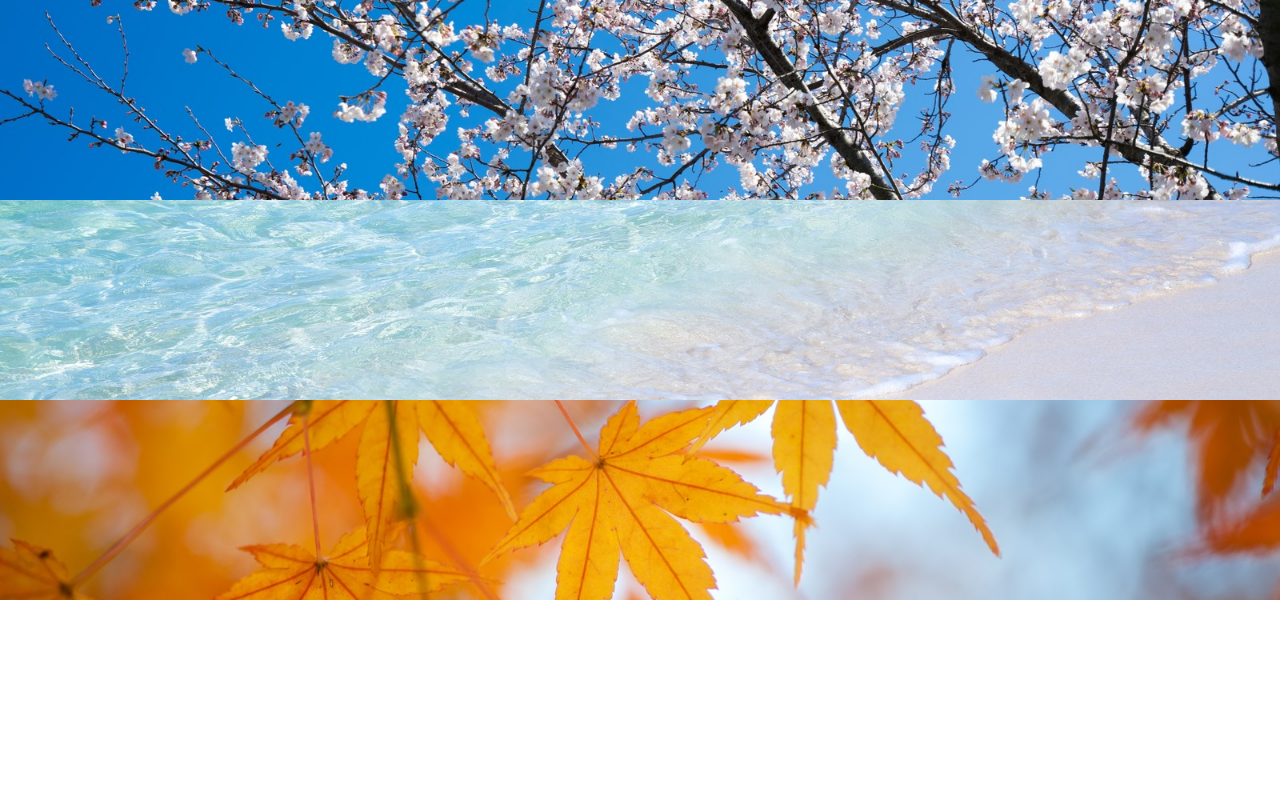
Repository: rascalNoShippo/git-practice
Page: chapter6_exercise/index.html
The author's editor kept a record of every edit. The page is drawn from the files as they stood at one moment, then again after the next edit.
The browser window is 1280 px wide. The pictures show the whole page.

Above is the page before.

### chapter6_exercise/index.html
<!DOCTYPE html>
<html>
  <head>
    <meta charset="utf-8">
    <title>chapter6_exercise</title>
    <link rel="stylesheet" href="style.css" type="text/css" >
  </head>
  <body>
    <div class="bgimg no1"></div>
    <div class="bgimg no2"></div>
    <div class="bgimg no3"></div>
    <div class="bgimg no4"></div>
  </body>
</html>

### chapter6_exercise/style.css
*{
  margin: 0;
  padding: 0;
  box-sizing: border-box;
}

.bgimg{
  height: 200px;
  width: 100%;
  background-size: cover;
  background-position: center;
}

.bgimg.no1{
  background-image: url("image/box1.jpg");
}

.bgimg.no2{
  background-image: url("image/box2.jpg");
}

.bgimg.no3{
  background-image: url("image/box3.jpg");
}

.gbimg.no4{
  background-image: url("image/box4.jpg");
}

After the next edit:
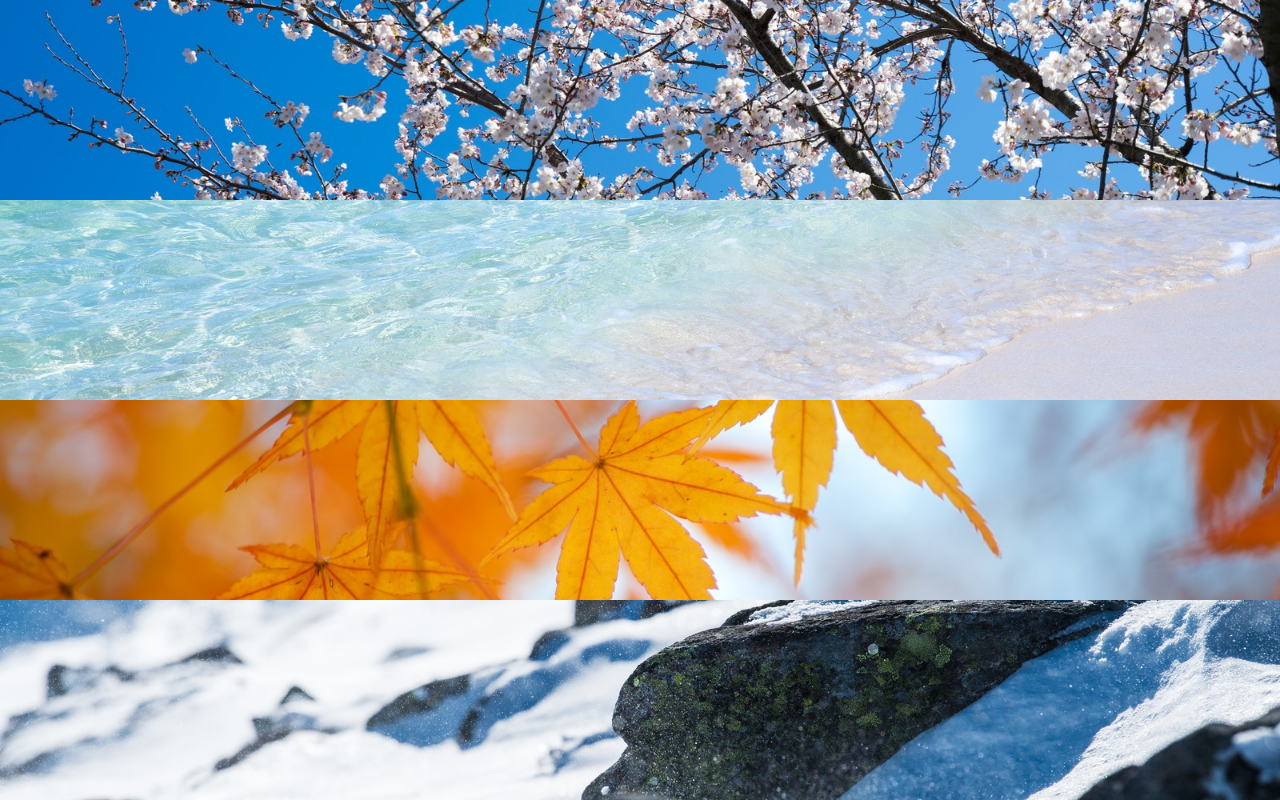
The edit:
--- a/chapter6_exercise/style.css
+++ b/chapter6_exercise/style.css
@@ -23,6 +23,6 @@
   background-image: url("image/box3.jpg");
 }
 
-.gbimg.no4{
+.bgimg.no4{
   background-image: url("image/box4.jpg");
 }
